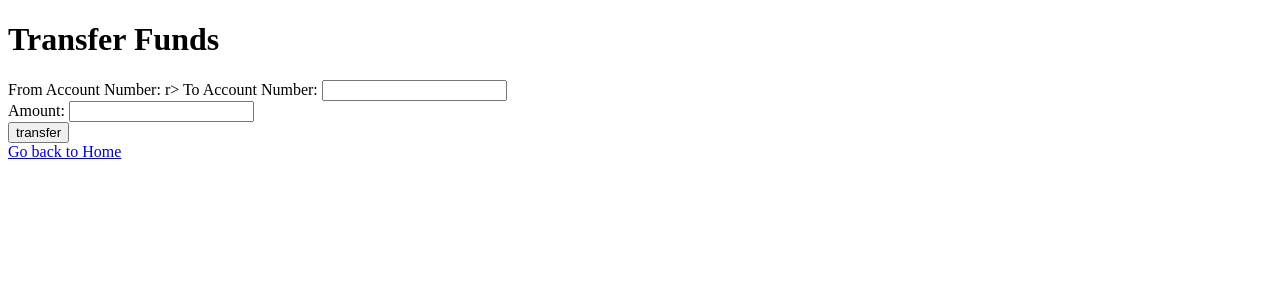
Repository: tanupatil1212/AurionproTraining
Page: http://localhost/08-bank-mvc/transfer.jsp
These files come from the project's save history. The page is drawn as it stood at one moment and after the next save; the edit follows.
The browser window is 1280 px wide. The pictures show the whole page.
The page is served by Tomcat 9.

Above is the page before, as saved 2023-10-28 11:01:53.

After the next save:
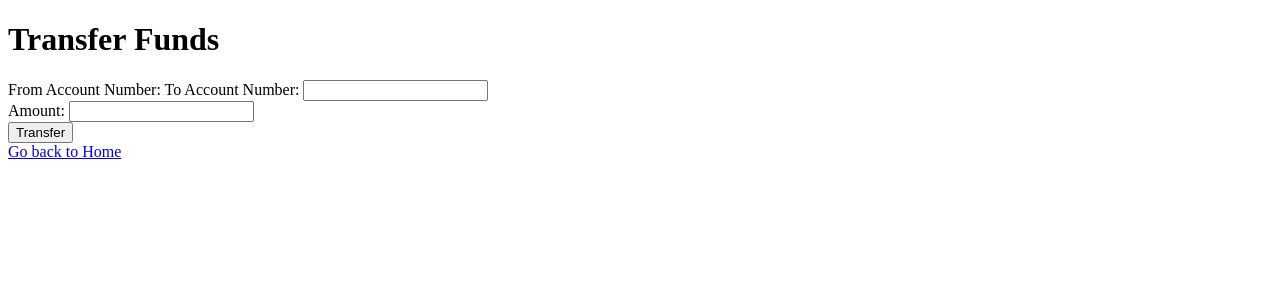
Saved 4 min 53 s later.
--- a/J2EE/08-bank-mvc/WebContent/transfer.jsp
+++ b/J2EE/08-bank-mvc/WebContent/transfer.jsp
@@ -1,11 +1,11 @@
 <%@ page language="java" contentType="text/html; charset=ISO-8859-1"
     pageEncoding="ISO-8859-1"%>
-    <%@ taglib uri="http://java.sun.com/jsp/jstl/core" prefix="c"%>
+<%@ taglib uri="http://java.sun.com/jsp/jstl/core" prefix="c"%>
 <!DOCTYPE html PUBLIC "-//W3C//DTD HTML 4.01 Transitional//EN" "http://www.w3.org/TR/html4/loose.dtd">
 <html>
 <head>
 <meta http-equiv="Content-Type" content="text/html; charset=ISO-8859-1">
-<title>Insert title here</title>
+<title>Transfer Funds</title>
 </head>
 <body>
     <h1>Transfer Funds</h1>
@@ -14,8 +14,7 @@
         <input type="hidden" name="action" value="transfer">
 
         <label for="fromAccountNo">From Account Number:</label>
-         <input
-				type="hidden" name="accountNo" value="${param.accountNo}">r>
+        <input type="hidden" name="fromAccountNo" value="${param.accountNo}">
 
         <label for="toAccountNo">To Account Number:</label>
         <input type="text" id="toAccountNo" name="toAccountNo" required><br>
@@ -23,7 +22,7 @@
         <label for="amount">Amount:</label>
         <input type="text" id="amount" name="amount" required><br>
 
-        <input type="submit" value="transfer">
+        <input type="submit" value="Transfer">
     </form>
 
     <a href="home.jsp">Go back to Home</a>
